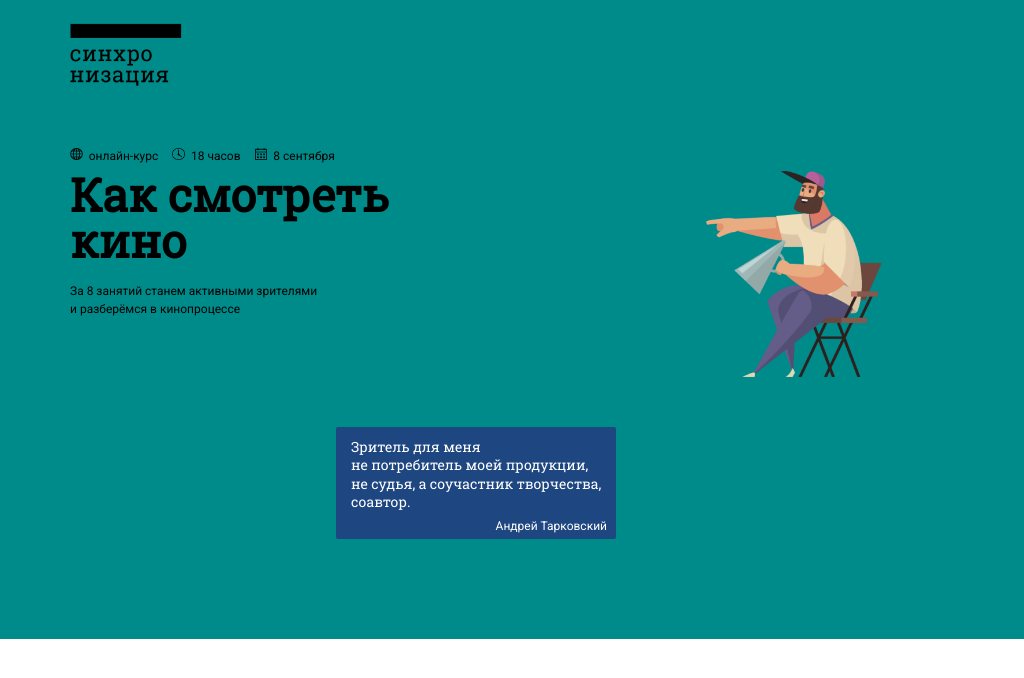
Repository: NatiqSamiyev/fiqma-task-top
Page: index.html
The author's editor kept a copy of each file at every save. The page is drawn from the files as they stood at one save, then again after the next save.
The browser window is 1024 px wide. The pictures show the whole page.

Above is the page before, as saved 2023-08-19 15:04:01.

After the next save:
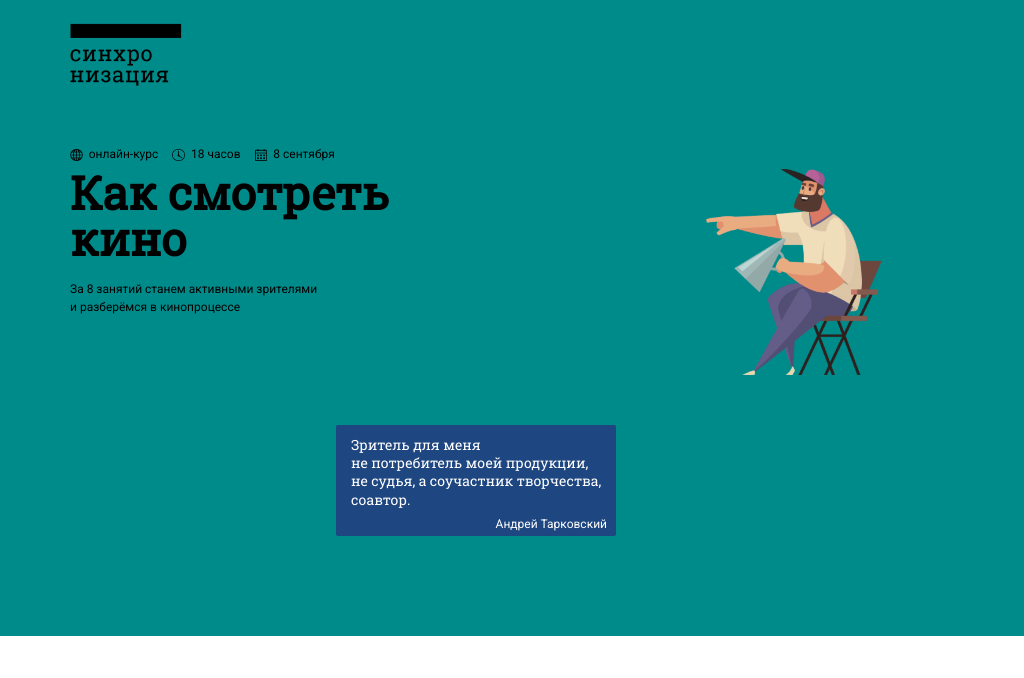
Saved 78 s later.
--- a/index.css
+++ b/index.css
@@ -112,7 +112,7 @@
 
   .container ul li {
     margin-right: 14px;
-    align-items: baseline;
+
   }
 
   .container ul img {
